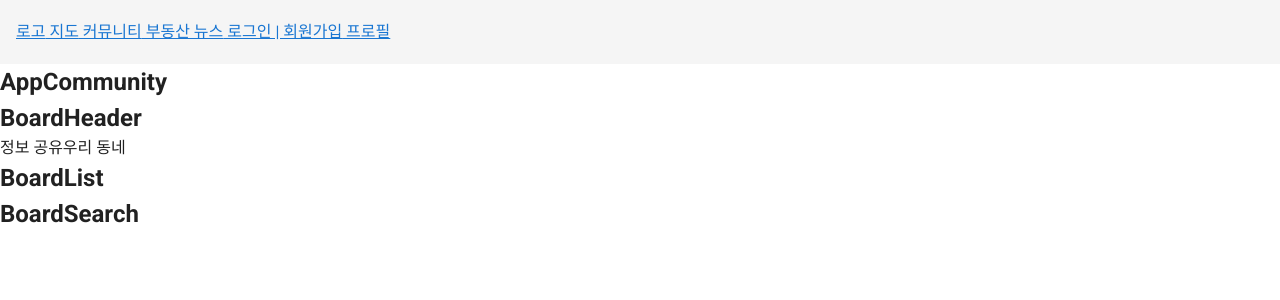
Repository: misso88/vue-whereIsMyHome
Page: /community
An editor plug-in stored every save of this project. The page is shown before and after a run of saves, followed by the edit.
The browser window is 1280 px wide. The pictures show the whole page.
The project was rebuilt for these pictures with package versions that can differ from the ones it lists, and the page was loaded fresh each time. Also part of the build but not shown: vue.config.js, src/views/AppMain.vue, src/components/house/sidebar/HouseListItem.vue, src/components/house/sidebar/HouseList.vue, src/components/house/sidebar/HouseListFilter.vue, src/components/house/sidebar/HouseSidebar.vue, src/components/house/map/HouseMapFilter.vue, src/components/house/map/HouseMap.vue and 2 more.

Above is the page before, as saved 2022-11-16 10:24:14.

After the next 2 saves:
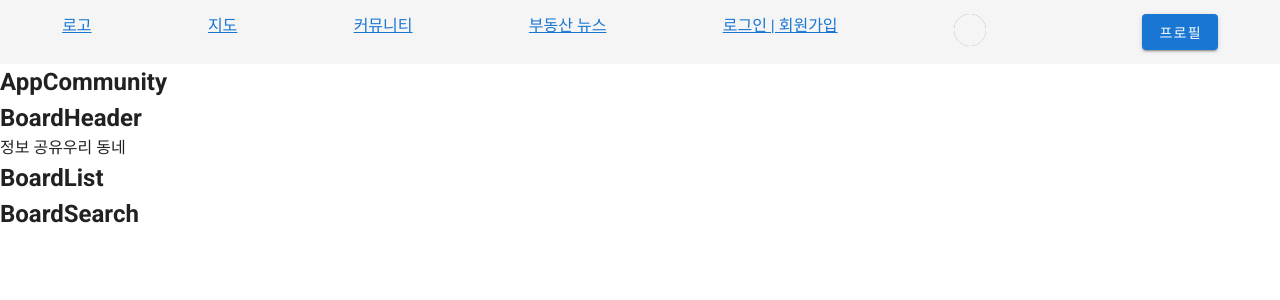
The 2 saves are shown as one change because they came seconds apart.
The last was saved 7 s later.
--- a/src/components/layout/TheHeader.vue
+++ b/src/components/layout/TheHeader.vue
@@ -1,19 +1,92 @@
 <template>
-  <div>
-    <router-link :to="{ name: 'main' }" > 로고</router-link>
-    <router-link :to="{ name: 'map'}" > 지도</router-link>
-    <router-link :to="{ name: 'community'}" > 커뮤니티</router-link>
-    <router-link :to="{ name: 'news'}" > 부동산 뉴스</router-link>
-    <router-link :to="{ name: 'login'}" > 로그인 | 회원가입</router-link>
-    <router-link :to="{ name: 'profile'}" > 프로필</router-link>
-  </div>
+  <v-row  class="d-flex justify-space-around">
+    <router-link
+      v-for="item in header" :key="item.name"
+      :to="{ name: item.name}" > {{ item.title }}</router-link>
+    <!-- 프로필 -->
+     <v-avatar
+          class="mr-10"
+          color="grey darken-1"
+          size="32"
+        ><v-btn :to="{ name: 'profile'}" /></v-avatar>
+
+    <v-menu offset-y>
+      <template v-slot:activator="{ on, attrs }">
+        <v-btn
+          color="primary"
+          dark
+          v-bind="attrs"
+          v-on="on"
+        >
+          프로필
+        </v-btn>
+      </template>
+      <v-list>
+        <v-list-item
+          v-for="(item, index) in profile"
+          :key="index"
+        >
+          <router-link :to="{ name: item.name}" > {{ item.title }}</router-link>
+        </v-list-item>
+      </v-list>
+    </v-menu>
+  </v-row>
 </template>
 
 <script>
 export default {
     name: "TheHeader",
     data() {
-        return {};
+        return {
+          header: [],
+          profile: []
+        };
+    },
+    created() {
+      this.header = [
+        {
+          name: "main",
+          title: "로고"
+        },
+        {
+          name: "map",
+          title: "지도"
+        },
+        {
+          name: "community",
+          title: "커뮤니티"
+        },
+        {
+          name: "news",
+          title: "부동산 뉴스"
+        },
+        {
+          name: "login",
+          title: "로그인 | 회원가입"
+        },
+      ],
+      this.profile = [
+        {
+          name: "mypage",
+          title: "내정보"
+        },
+        {
+          name: "wishlist",
+          title: "찜 목록"
+        },
+        {
+          name: "notice",
+          title: "공지사항"
+        },
+        {
+          name: "helpcenter",
+          title: "고객센터"
+        },
+        {
+          name: "mypage",
+          title: "로그아웃"
+        },
+      ]
     }
 }
 </script>
